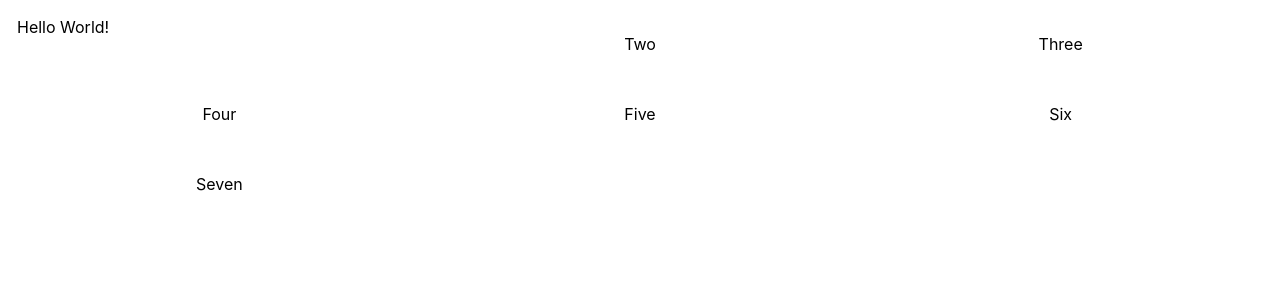
Repository: roistyx/react
Page: /components (app in layouts-app/)
An editor plug-in stored every save of this project. The page is shown before and after the next save, followed by the edit.
The browser window is 1280 px wide. The pictures show the whole page.
The project was rebuilt for these pictures with package versions that can differ from the ones it lists, and the page was loaded fresh each time. Also part of the build but not shown: layouts-app/src/layouts/Line.css, layouts-app/src/layouts/Line.js, layouts-app/src/elements/Btn.css, layouts-app/src/elements/Btn.js, layouts-app/src/elements/TextField.css, layouts-app/src/elements/TextField.js, layouts-app/src/components/Cards/BasicCard.js, layouts-app/src/layouts/Layouts.js.

Above is the page before, as saved 2023-05-03 09:16:06.

After the next save:
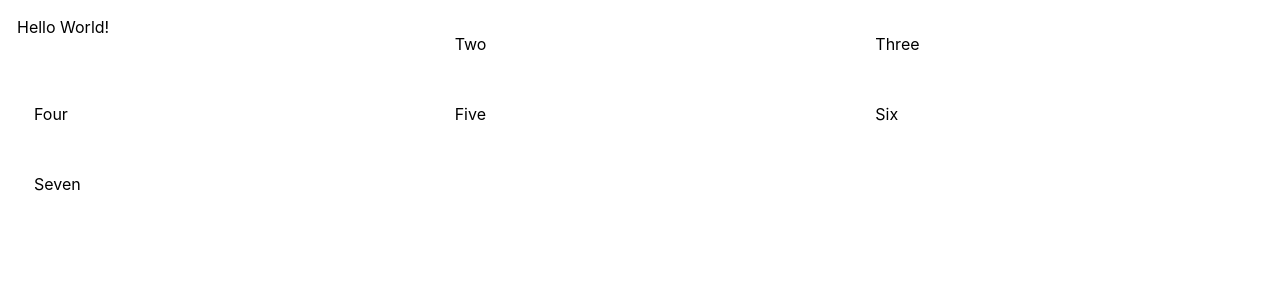
Saved 15 s later.
--- a/layouts-app/src/layouts/Grid.css
+++ b/layouts-app/src/layouts/Grid.css
@@ -8,7 +8,7 @@
 	gap: var(--gap);
 }
 
-.Grid * {
+.Grid > {
 	color: black;
 	background-color: pink;
 

After the save that followed:
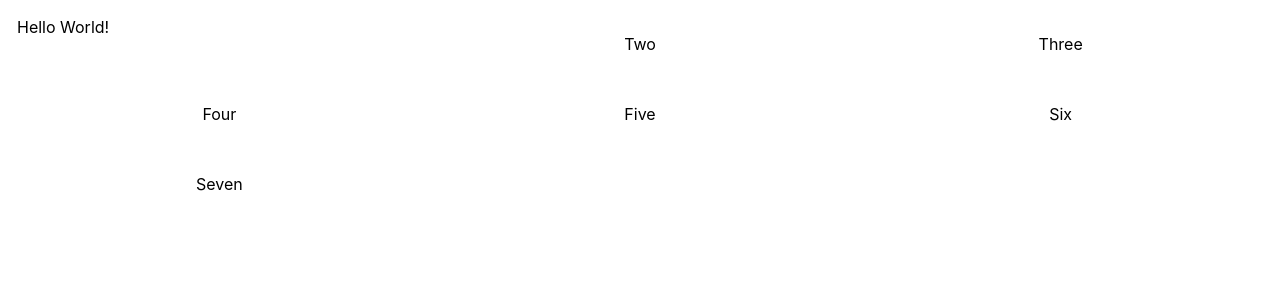
Saved 8 s later.
--- a/layouts-app/src/layouts/Grid.css
+++ b/layouts-app/src/layouts/Grid.css
@@ -8,7 +8,7 @@
 	gap: var(--gap);
 }
 
-.Grid > {
+.Grid > * {
 	color: black;
 	background-color: pink;
 
